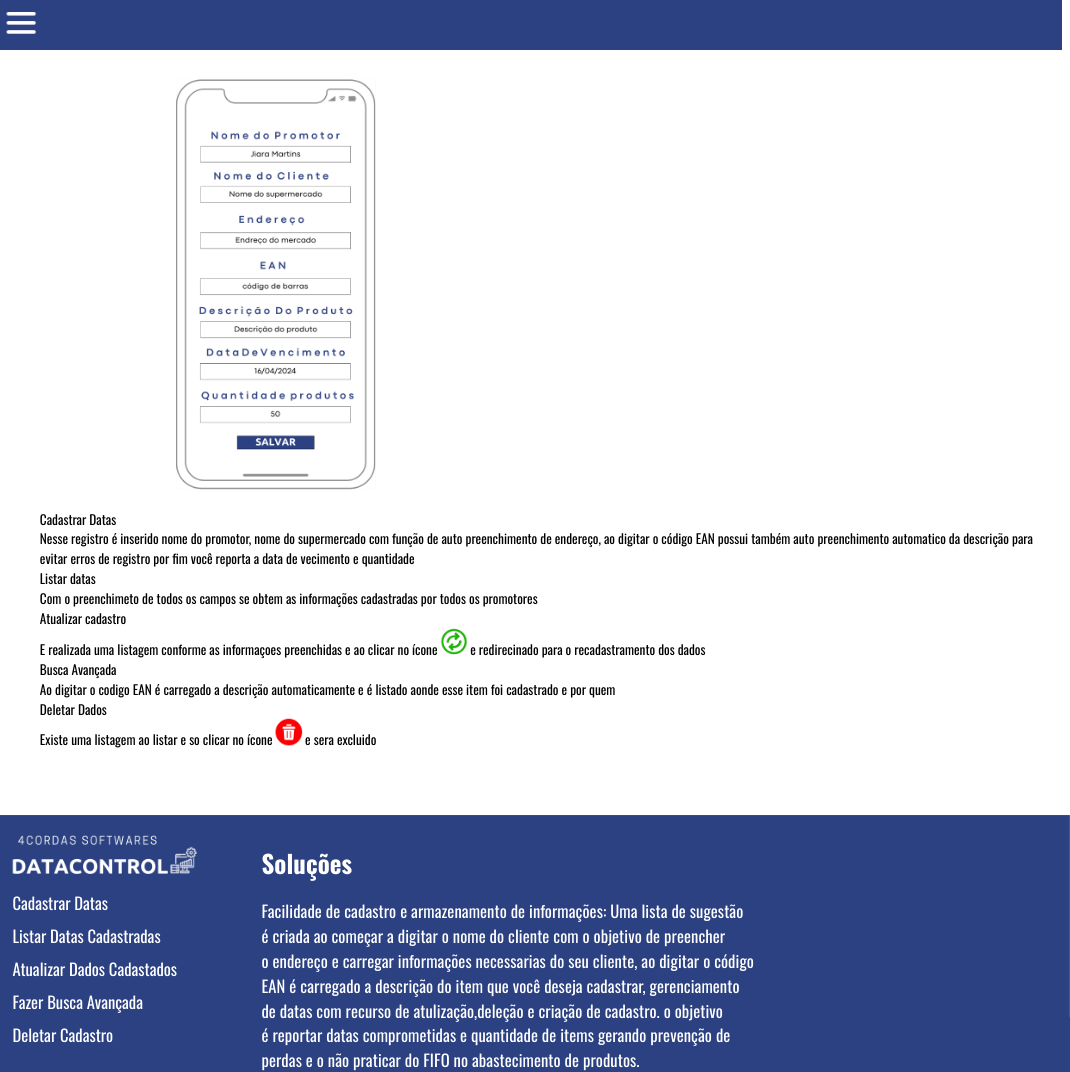
Repository: alfredo-allan/ControleDeDatasFrontEnd
Page: index.html
The author's editor kept a copy of each file at every save. The page is drawn from the files as they stood at one save, then again after a run of saves.
The browser window is 1280 px wide. The page is 1289 px wide, so the pictures cover 1289 px, including what lies to the right of the window. The pictures show the whole page, at 83% of full size.

Above is the page before, as saved 2024-04-30 14:28:47.
Console error: TypeError: Cannot read properties of null (reading 'addEventListener')

After the next 3 saves:
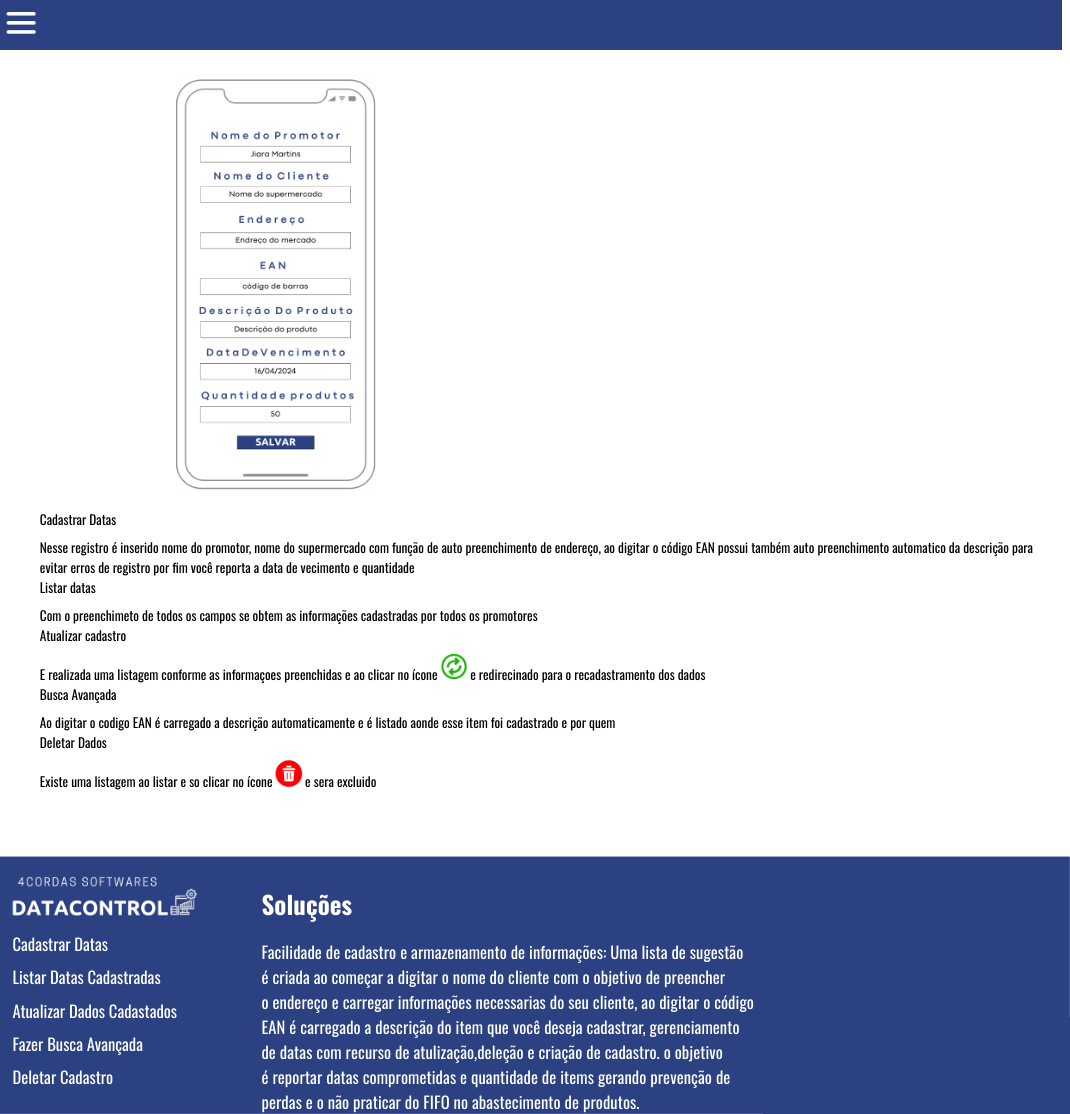
The 3 saves are shown as one change because they came seconds apart.
The last was saved 7 s later.
--- a/style/style.css
+++ b/style/style.css
@@ -447,6 +447,7 @@
   justify-content: center;
   li {
     list-style: none;
-  }
-
-}
+    margin-top: 10px;
+  }
+
+}

After the save that followed:
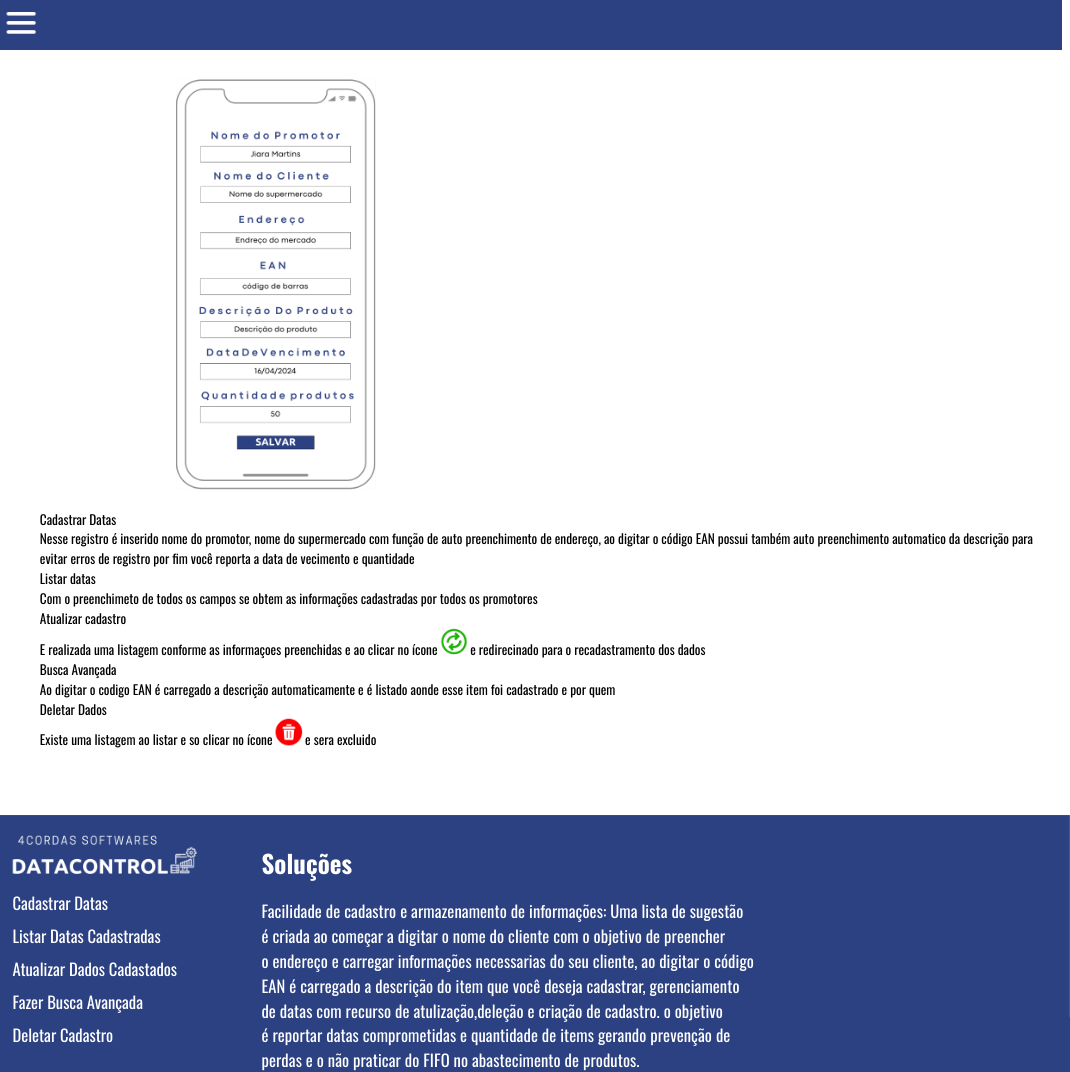
Saved 19 s later.
--- a/style/style.css
+++ b/style/style.css
@@ -447,7 +447,6 @@
   justify-content: center;
   li {
     list-style: none;
-    margin-top: 10px;
-  }
-
-}
+  }
+
+}
